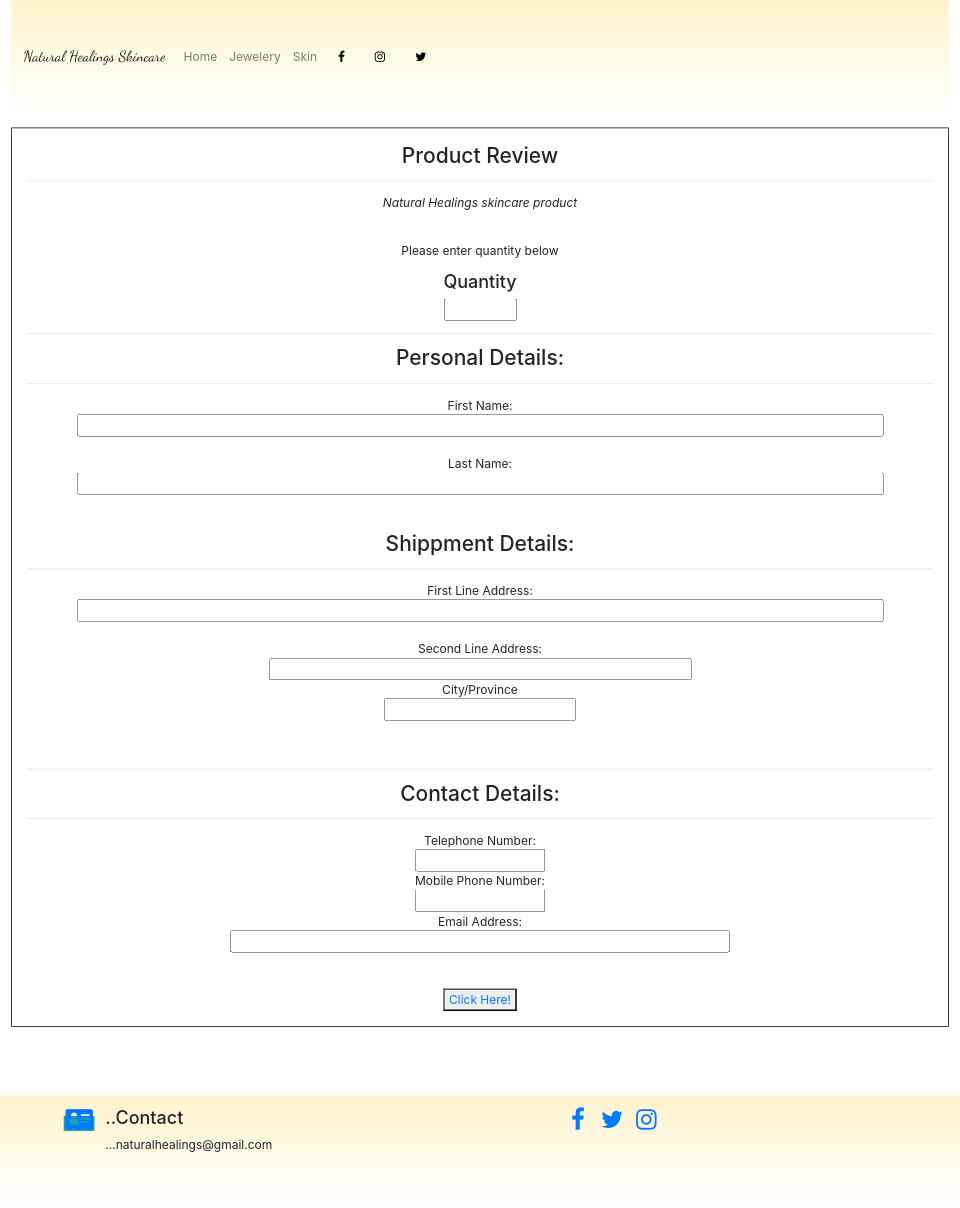
Repository: aliciarawlings/first-milestone
Page: form.html
The author's editor kept a record of every edit. The page is drawn from the files as they stood at one moment, then again after the next edit.
The browser window is 1280 px wide. The pictures show the whole page, at 75% of full size.
Some web fonts or font styles are not loaded; a fallback is used.

Above is the page before.

After the next edit:
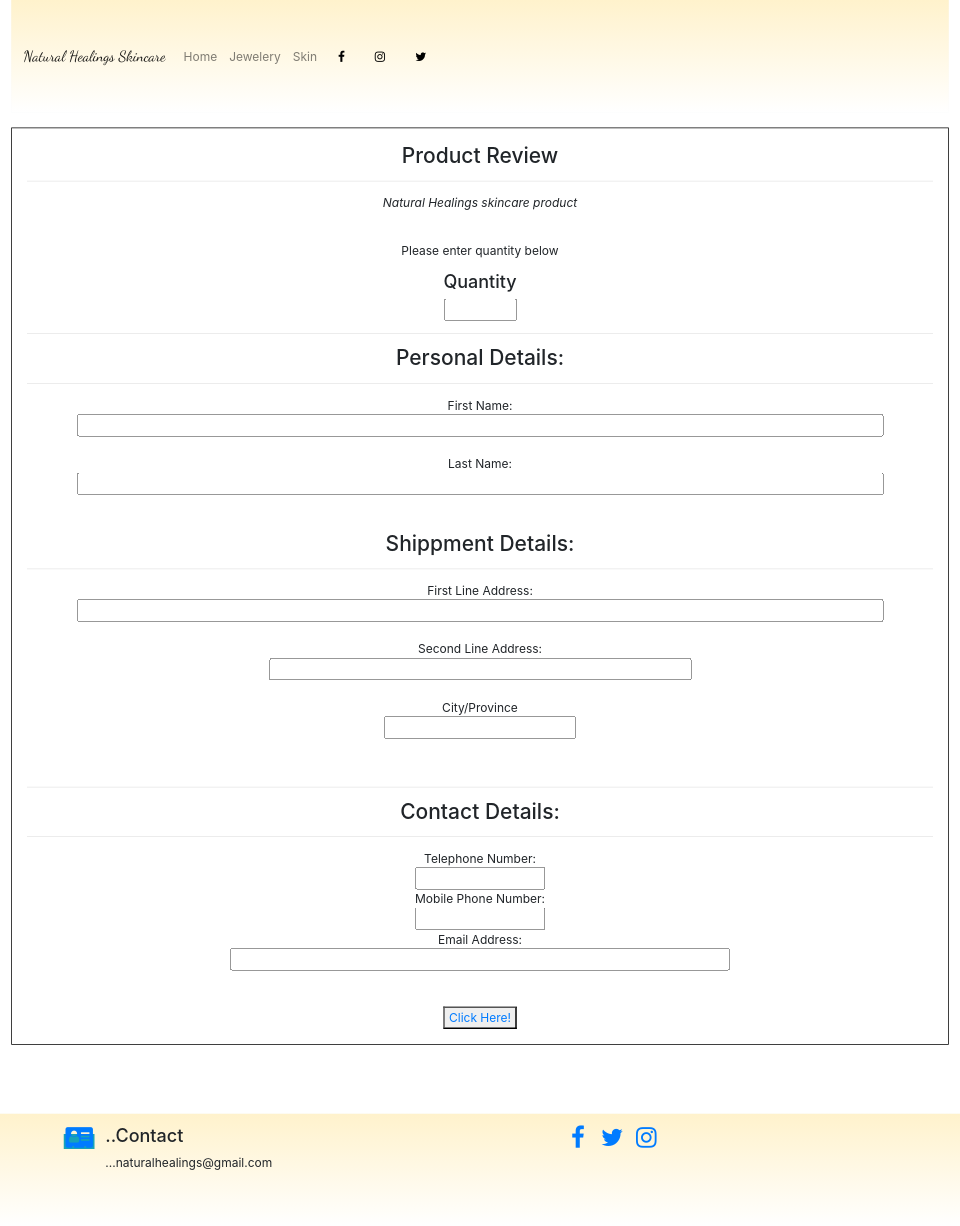
The edit:
--- a/form.html
+++ b/form.html
@@ -80,7 +80,7 @@
       <input type="text" size="100" name="First line address"><br><br>
 
       Second Line Address:<br>
-      <input type="text" size="50"name="Second Line Address"><br>
+      <input type="text" size="50"name="Second Line Address"><br><br>
 
       City/Province<br>
       <input type="text" size"100" name="City/Province"><br>
